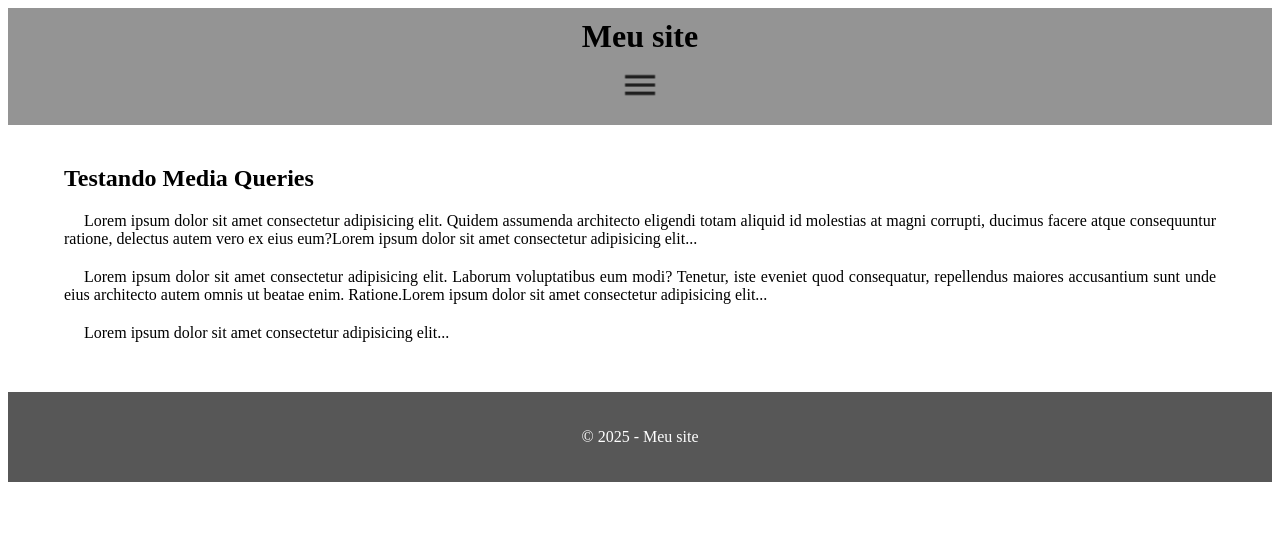
Repository: Sandro1969-tech/menu-hamburger
Page: index.html
The author's editor kept a copy of each file at every save. The page is drawn from the files as they stood at one save, then again after a run of saves.
The browser window is 1280 px wide. The pictures show the whole page.

Above is the page before, as saved 2025-12-25 19:41:47.

### index.html
<!DOCTYPE html>
<html lang="pt-br">
<head>
  <meta charset="UTF-8">
  <meta name="viewport" content="width=device-width, initial-scale=1.0">
  <title>Media Queries</title>
  <style>
    .menu-icon {
      display: block;
      margin: 10px auto;
      width: 40px;
      cursor: pointer;
    }
    .menu-icon:hover {
      filter: invert(100%);
    }
    header {
      background-color: rgb(148, 148, 148);
      padding: 10px;
      text-align: center;
    }
    header h1 {
      margin: 0;
    }

    /* Menu escondido por padrão */
    #menu {
      display: none;
    }

    menu > ul {
      list-style-type: none;
      margin: 0;
      padding: 0;
    }

    menu a {
      display: block;
      padding: 10px;
      text-decoration: none;
      background-color: rgb(87,87,87);
      text-align: center;
      color: white;
      border-top: 2px solid grey;
    }

    menu > ul > li:hover a {
      background-color: rgba(119, 136, 153, 0.459);
    }

    main {
      width: 90vw;
      background-color: white;
      margin: auto;
      margin-top: 10px;
      padding: 10px;
      border-radius: 10px;
    }

    article > p {
      text-align: justify;
      margin-bottom: 20px;
      text-indent: 20px;
    }

    footer {
      background-color: rgb(87,87,87);
      color: white;
      text-align: center;
      padding: 20px;
      margin-top: 20px;
    }
  </style>
</head>
<body>
  <header>
    <h1>Meu site</h1>
    <!-- Ícone chama a função -->
    <img src="image/iconmenu.png" alt="Menu" class="menu-icon" onclick="clickMenu()">

    <!-- Menu com lista -->
    <menu id="menu">
      <ul>
        <li><a href="#">Opção 1</a></li>
        <li><a href="#">Opção 2</a></li>
        <li><a href="#">Opção 3</a></li>
        <li><a href="#">Opção 4</a></li>
        <li><a href="#">Opção 5</a></li>
      </ul>
    </menu>
  </header>

  <main>
    <article>
      <h2>Testando Media Queries</h2>
      <p>Lorem ipsum dolor sit amet consectetur adipisicing elit. Quidem assumenda architecto eligendi totam aliquid id molestias at magni corrupti, ducimus facere atque consequuntur ratione, delectus autem vero ex eius eum?Lorem ipsum dolor sit amet consectetur adipisicing elit...</p>
      <p>Lorem ipsum dolor sit amet consectetur adipisicing elit. Laborum voluptatibus eum modi? Tenetur, iste eveniet quod consequatur, repellendus maiores accusantium sunt unde eius architecto autem omnis ut beatae enim. Ratione.Lorem ipsum dolor sit amet consectetur adipisicing elit...</p>
      <p>Lorem ipsum dolor sit amet consectetur adipisicing elit...</p>
    </article>
  </main>

  <footer>
    <p>© 2025 - Meu site</p>
  </footer>

  <!-- Script no final -->
  <script>
    function clickMenu() {
      const menu = document.getElementById('menu');
      if (menu.style.display === 'block') {
        menu.style.display = 'none';
      } else {
        menu.style.display = 'block';
      }
    }
  </script>
</body>
</html>

After the next 2 saves:
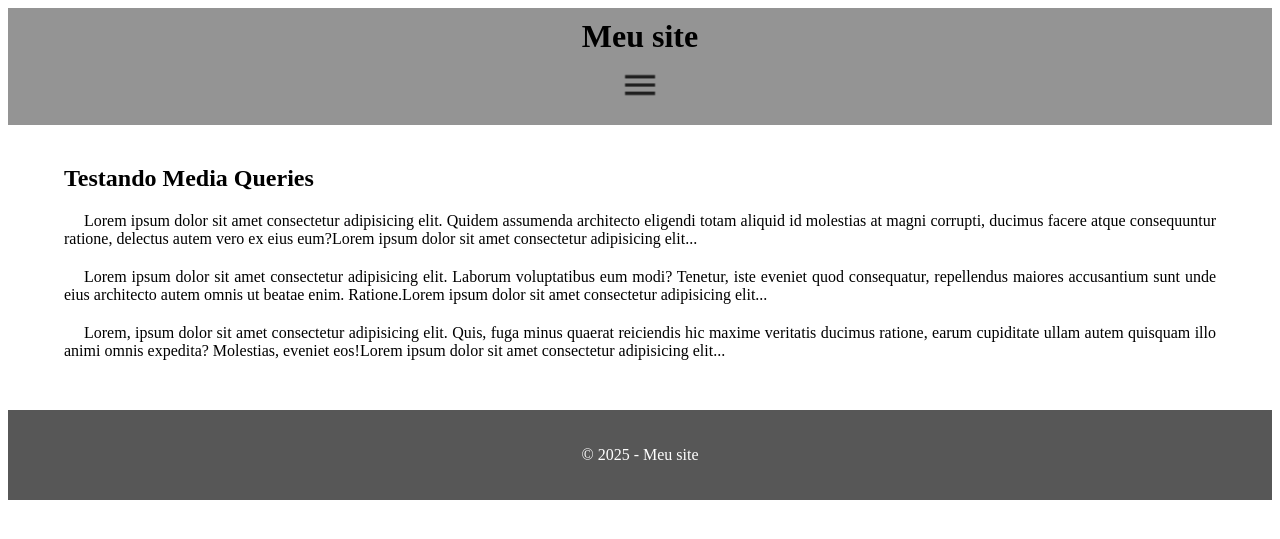
The 2 saves are shown as one change because they came seconds apart.
The last was saved 6 s later.
--- a/index.html
+++ b/index.html
@@ -95,7 +95,7 @@
       <h2>Testando Media Queries</h2>
       <p>Lorem ipsum dolor sit amet consectetur adipisicing elit. Quidem assumenda architecto eligendi totam aliquid id molestias at magni corrupti, ducimus facere atque consequuntur ratione, delectus autem vero ex eius eum?Lorem ipsum dolor sit amet consectetur adipisicing elit...</p>
       <p>Lorem ipsum dolor sit amet consectetur adipisicing elit. Laborum voluptatibus eum modi? Tenetur, iste eveniet quod consequatur, repellendus maiores accusantium sunt unde eius architecto autem omnis ut beatae enim. Ratione.Lorem ipsum dolor sit amet consectetur adipisicing elit...</p>
-      <p>Lorem ipsum dolor sit amet consectetur adipisicing elit...</p>
+      <p>Lorem, ipsum dolor sit amet consectetur adipisicing elit. Quis, fuga minus quaerat reiciendis hic maxime veritatis ducimus ratione, earum cupiditate ullam autem quisquam illo animi omnis expedita? Molestias, eveniet eos!Lorem ipsum dolor sit amet consectetur adipisicing elit...</p>
     </article>
   </main>
 
